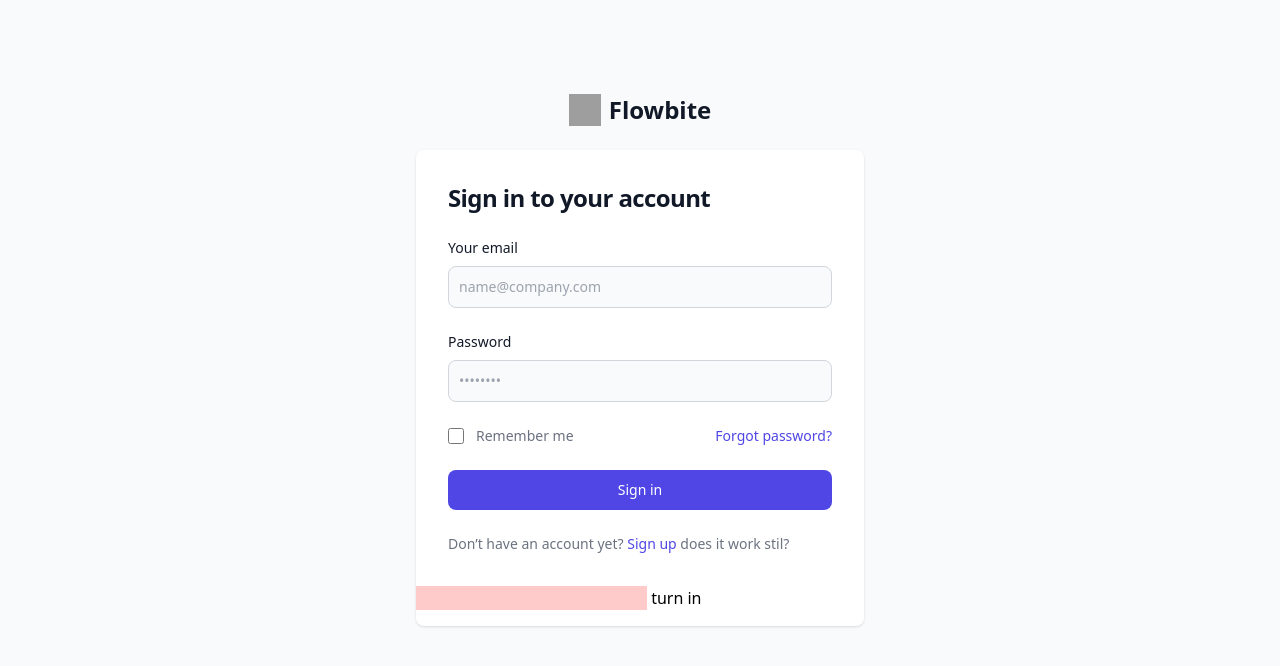
Repository: Narain-Singaram/Coreverse-SMP-Project
Page: http://localhost/account/login.php
These files come from the project's save history. The page is drawn as it stood at one moment and after the next save; the edit follows.
The browser window is 1280 px wide. The pictures show the whole page.
Pictures or frames that could not be fetched are drawn as grey boxes. Some web libraries are served in a nearby version. The page is run by PHP 8.4 with error messages shown; the project is at /var/www/html/.

Above is the page before, as saved 2022-11-05 23:44:20.

### account/login.php
    <section class="bg-gray-50">
    <div class="flex flex-col items-center justify-center px-6 py-8 mx-auto md:h-screen lg:py-0">
        <a href="#" class="flex items-center mb-6 text-2xl font-semibold text-gray-900">
            <img class="w-8 h-8 mr-2" src="https://flowbite.s3.amazonaws.com/blocks/marketing-ui/logo.svg" alt="logo">
            Flowbite
        </a>
        <div class="w-full bg-white rounded-lg shadow md:mt-0 sm:max-w-md xl:p-0">
            <div class="p-6 space-y-4 md:space-y-6 sm:p-8">
                <h1 class="text-xl font-bold leading-tight tracking-tight text-gray-900 md:text-2xl">
                    Sign in to your account
                </h1>
                <form class="space-y-4 md:space-y-6" action="#">
                    <div>
                        <label for="email" class="block mb-2 text-sm font-medium text-gray-900">Your email</label>
                        <input type="email" name="email" id="email" class="bg-gray-50 border border-gray-300 text-gray-900 sm:text-sm rounded-lg focus:ring-indigo-600 focus:border-indigo-600 block w-full p-2.5" placeholder="name@company.com" required="">
                    </div>
                    <div>
                        <label for="password" class="block mb-2 text-sm font-medium text-gray-900">Password</label>
                        <input type="password" name="password" id="password" placeholder="••••••••" class="bg-gray-50 border border-gray-300 text-gray-900 sm:text-sm rounded-lg focus:ring-indigo-600 focus:border-indigo-600 block w-full p-2.5" required="">
                    </div>
                    <div class="flex items-center justify-between">
                        <div class="flex items-start">
                            <div class="flex items-center h-5">
                                <input id="remember" aria-describedby="remember" type="checkbox" class="w-4 h-4 border border-gray-300 rounded bg-gray-50 focus:ring-3 focus:ring-indigo-300" required="">
                            </div>
                            <div class="ml-3 text-sm">
                                <label for="remember" class="text-gray-500">Remember me</label>
                            </div>
                        </div>
                        <a href="#" class="text-sm font-medium text-indigo-600 hover:underline">Forgot password?</a>
                    </div>
                    <button type="submit" class="w-full text-white bg-indigo-600 hover:bg-indigo-700 focus:ring-4 focus:outline-none focus:ring-indigo-300 font-medium rounded-lg text-sm px-5 py-2.5 text-center">Sign in</button>
                    <p class="text-sm font-light text-gray-500">
                        Don’t have an account yet? <a href="#" class="font-medium text-indigo-600 hover:underline">Sign up</a>     <?php
    echo 'does it work stil?';
    ?>
                    </p>
                </form>
            </div>
    <form action="login.php" method='POST'>
        <input class='bg-red-200' type="text" name="full_name" id="">
        <input type="submit" value="turn in">
    </form>
        </div>
    </div>
    </section>


    <?php

    ?>

<script src="https://cdn.tailwindcss.com"></script>

After the next save:
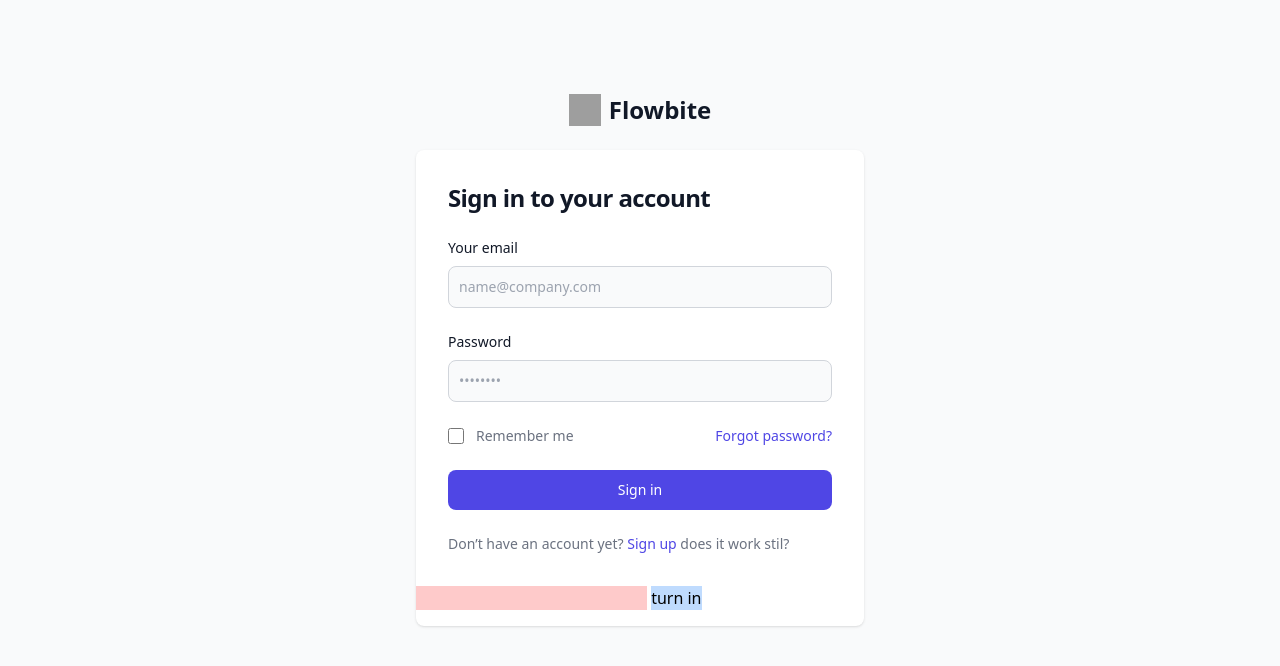
Saved 7 s later.
--- a/account/login.php
+++ b/account/login.php
@@ -39,7 +39,7 @@
             </div>
     <form action="login.php" method='POST'>
         <input class='bg-red-200' type="text" name="full_name" id="">
-        <input type="submit" value="turn in">
+        <input type="submit" class='bg-blue-200' value="turn in">
     </form>
         </div>
     </div>
